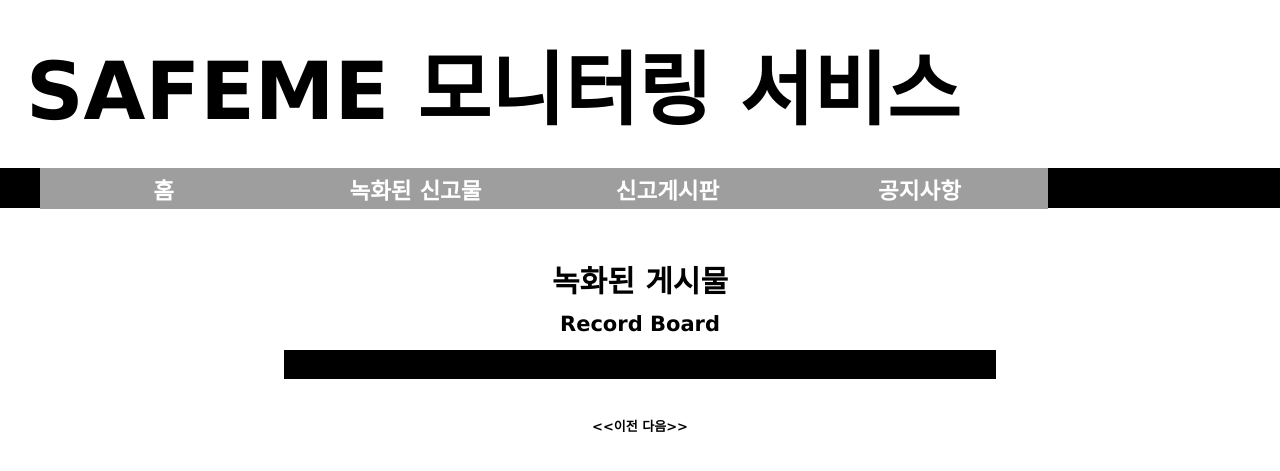
Repository: imdasom/SafeMe
Page: http://localhost/SafeMe/homepage/recordkesipan.jsp
The author's editor kept a copy of each file at every save. The page is drawn from the files as they stood at one save, then again after the next save.
The browser window is 1280 px wide. The pictures show the whole page.
Pictures or frames that could not be fetched are drawn as grey boxes. The page is served by Tomcat 9. Queries for data that is not in the repository find no rows.

Above is the page before, as saved 2015-12-15 13:08:05.

### FinalSafeMeWeb/SafeMe/homepage/recordkesipan.jsp
<%@ page language="java" import="java.sql.*" contentType="text/html; charset=utf-8" pageEncoding="utf-8"%>
<html>
<head>
<jsp:include page="Home.jsp" flush="false" /></br></br>
<style>

</style>
<title>글 목록 보기</title>
</head>
<body bgcolor="white" text="black" link="blue" vlink="red" alink="red">
<p align="center"><br>
<div align="center"><h1>녹화된 게시물</h1>
<h1 style="font-size: 140%;">Record Board</h1>
<table border="0" cellpadding="0" cellspacing="0" width="700">
  	<tr style="background:#fof;">
        <td bgcolor="black"><table border="0" cellpadding="5" cellspacing="3" width="100%">
                <tr>
                    <th align="center" nowrap bgcolor="#FFFFFF"><p><font
                         size="2" color=black>번호</font></th>
                    <th width=250 align="center" nowrap bgcolor="#FFFFFF""><p><font
                         size="2" color=black>파일명</font></th>
                    <th width="200" align="center" nowrap bgcolor="#FFFFFF""><p><font
                         size="2" color=black>전화번호</font></th>
                    <th width="94" align="center" nowrap bgcolor="#FFFFFF""><p><font
                         size="2" color=black>시간</font></th>
                    <th width="94" align="center" nowrap bgcolor="#FFFFFF"><p><font
                         size="2" color=black>날짜</font></th>
                </tr>
<%
try {
	String b_date,b_time,b_phonenum,b_filename,b_loc_str,b_loc_lat,b_loc_lon;
        int b_id;

	int datacount=0;
        int pagecount;

      Class.forName("com.mysql.jdbc.Driver");
      Connection conn = DriverManager.getConnection("jdbc:mysql://localhost:3306/safemetest","root","test123");
      Statement stmt = conn.createStatement();

        ResultSet rs0=stmt.executeQuery("select count(id) from notify");

        if(rs0.next()) {
                datacount=rs0.getInt(1);
                rs0.close();
        }
        int pagesize=10;
        pagecount=datacount/(pagesize+1)+1;
        int mypage=1;
        int abpage=1;
        if(request.getParameter("mypage")!=null) {
                mypage=Integer.parseInt(request.getParameter("mypage"));
                abpage=(mypage-1)*pagesize+1;
		if(abpage <= 0 ) abpage=1;
        }

       ResultSet rs = stmt.executeQuery("select * from notify order by id desc");

	if(!rs.next()) {
		pagesize=0;
	} else {
		%>

		<%
		rs.absolute(abpage);
	}
	for(int k=1;k <= pagesize; k++) {
                b_id=rs.getInt(1);
                b_date=rs.getString(2);
                b_time=rs.getString(3);
                b_phonenum=rs.getString(4);
                b_filename=rs.getString(5);
                b_loc_str=rs.getString(6);
                b_loc_lat=rs.getString(7);
                b_loc_lon=rs.getString(8);
%>
                <tr>
                  <td align="center" bgcolor="#FFFFFF" ><p><font size="2"><%=b_id%></font></td>
                  <td width="364" align="left" bgcolor="#FFFFFF"><p><font
                       size="2">&nbsp;&nbsp;&nbsp;</font><a href="recordkesipan_view1.jsp?bid=<%=b_id%>"><font
                       size="2"><%=b_filename%></font></a></td>
                  <td width="94" align="center" nowrap bgcolor="#FFFFFF"><p><font
                       size="2"><%=b_phonenum%></font></td>
                  <td width="114" align="center" bgcolor="#FFFFFF"><p><font
                       size="2"><%=b_date%></font></td>
                  <td align="center" bgcolor="#FFFFFF" ><p><font size="2"><%=b_time%></font></td>
                </tr>
<%
		if(rs.getRow()==datacount){
			break;
		} else {
			rs.next();
		}
	}

	rs.close();
	stmt.close();
	conn.close();

%>
            </table></td>
 </tr>
</table></div><br>
<p align="center"><font size=2>
<%
        int gopage=1;
        if(mypage!=1) {
                gopage=mypage-1;
                out.println("<a href=recordkesipan.jsp?mypage="+gopage+"><<이전</a>  ");
        } else {
		out.println("<<이전");
	}
%>
<%
        if(mypage!=pagecount) {
                gopage=mypage+1;
                out.println("<a href=recordkesipan.jsp?mypage="+gopage+">다음>></a>  ");
        } else {
		out.println("다음>>");
	}
} catch (Exception e) {
	out.println(e);
}
%>

</font></p>
</body>
</html>

### FinalSafeMeWeb/SafeMe/homepage/Home.jsp
<%@ page language="java" contentType="text/html; charset=EUC-KR"
    pageEncoding="EUC-KR"%>
<!DOCTYPE html PUBLIC "-//W3C//DTD HTML 4.01 Transitional//EN" "http://www.w3.org/TR/html4/loose.dtd">
<html xmlns="http://www.w3.org/1999/xhtml">
                <head>
                        <meta http-equiv="Content-Type" content="text/html; charset=iso-8859-1" />
                        <title>대한민국 치안 방지 프로젝트</title>
                        <style type="text/css">
<!--
body{
	margin:0;
	padding:0;
	font: bold 15px/1.5em 맑은 고딕, Verdana, Arial, Helvetica, sans-serif;
	}
h2{
	font: bold 80px 맑은 고딕, Verdana, Arial, Helvetica, sans-serif;
	color: #000;
	margin: 26px;
	padding: 0px 0px 0px 0px;
	}

/*- Menu Tabs E--------------------------- */

    #tabsE {
      float:left;
      width:100%;
      background:#000;
      font-size:150%;
      line-height:normal;
      height: 40px;
      }
    #tabsE ul {
        margin:0;
        /* padding:10px 10px 0 50px; */
        list-style:none;
        text-align : center;
      }
    #tabsE li {
      display:inline;
      margin:0;
      padding:0;
      }
    #tabsE a {
      float:left;
      background:url("tableftE.gif") no-repeat left top;
      margin:0;
      padding:0 0 0 4px;
      text-decoration:none;
      width:20%;
      }
    #tabsE a span {
      float:left;
      display:block;
      background:url("tabrightE.gif") no-repeat right top;
      padding:5px 15px 4px 6px;
      color:#FFF;
      }
    /* Commented Backslash Hack hides rule from IE5-Mac \*/
    #tabsE a span {float:none;}
    /* End IE5-Mac hack */
    #tabsE a:hover span {
      color:#FFF;
      }
    #tabsE a:hover {
      background-position:0% -42px;
      }
    #tabsE a:hover span {
      background-position:100% -42px;
      }

        #tabsE #current a {
                background-position:0% -42px;
        }
        #tabsE #current a span {
                background-position:100% -42px;
        }
-->
/* 게시판 css */
table {
	border-collapse: collapse;
	border-bottom-color: #000;
	text-align:center;
}

tbody tr:first-child {
	color: #000;
	text-align:center;
}

thead {
	background-color: #f4f4f4; /* border-bottom:1px solid #f4f4f4; */
}

tbody tr:hover {
	cursor: pointer;
}

tbody tr:first-child th{
	background: #000;
}

tbody tr:first-child th p{
	background: #000;
}

</style>
                </head>

                <body>

                        <h2>SAFEME 모니터링 서비스</h2>
                        <div id="tabsE">
                                <ul>
                                        <!-- CSS Tabs -->
<li><a href="HomeImage.jsp"><span>홈</span></a></li>
<li><a href="recordkesipan.jsp"><span>녹화된 신고물</span></a></li>
<li><a href="sinkokyesipan.jsp"><span>신고게시판</span></a></li>
<li><a href="list1.jsp"><span>공지사항</span></a></li>

                                </ul>
                        </div>

                </body>

</html>

After the next save:
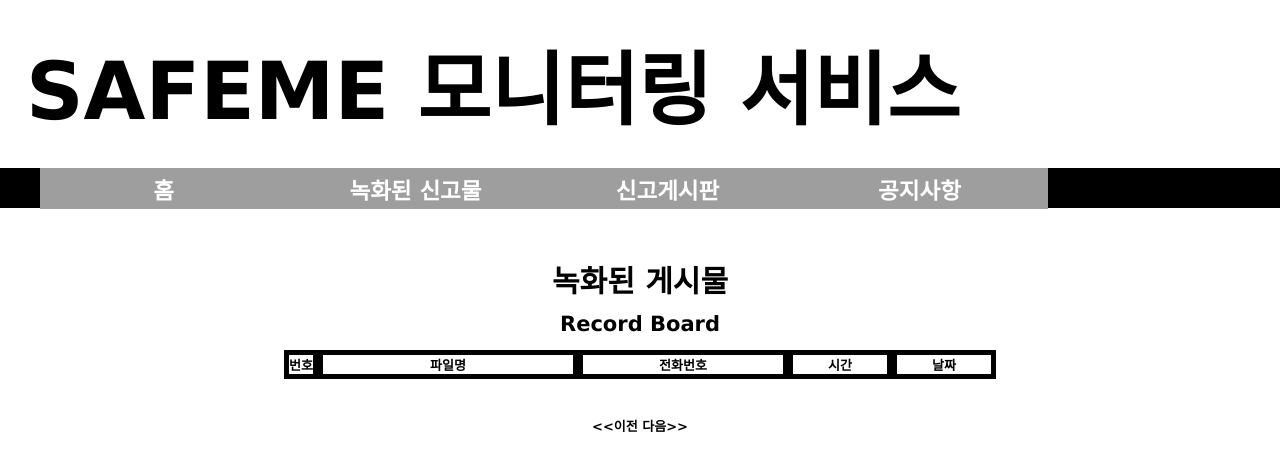
Saved 3 s later.
--- a/FinalSafeMeWeb/SafeMe/homepage/Home.jsp
+++ b/FinalSafeMeWeb/SafeMe/homepage/Home.jsp
@@ -100,7 +100,7 @@
 }
 
 tbody tr:first-child th p{
-	background: #000;
+	background: #fff;
 }
 
 </style>

After the save that followed:
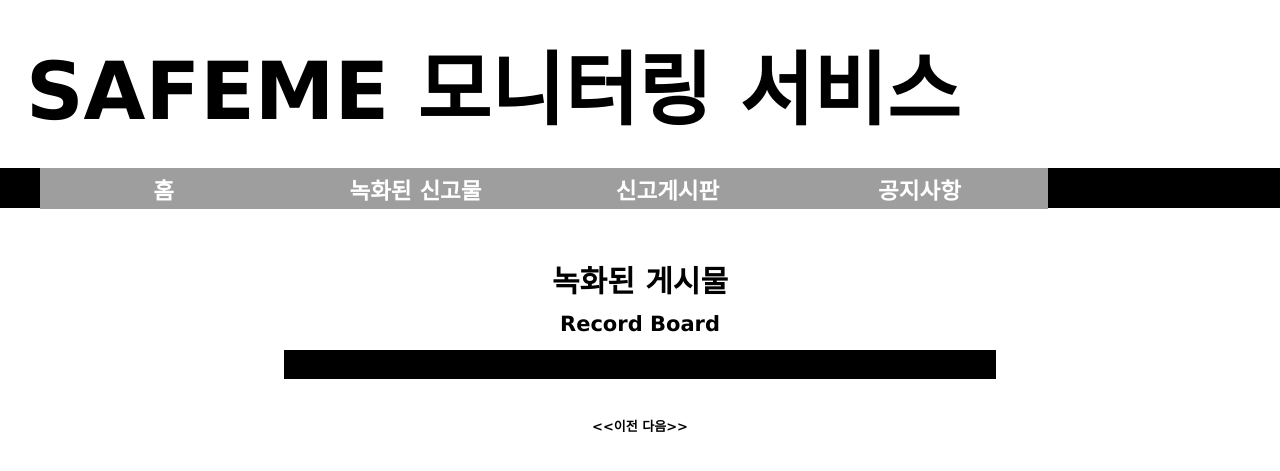
Saved 9 s later.
--- a/FinalSafeMeWeb/SafeMe/homepage/Home.jsp
+++ b/FinalSafeMeWeb/SafeMe/homepage/Home.jsp
@@ -100,7 +100,7 @@
 }
 
 tbody tr:first-child th p{
-	background: #fff;
+	color: #fff;
 }
 
 </style>
